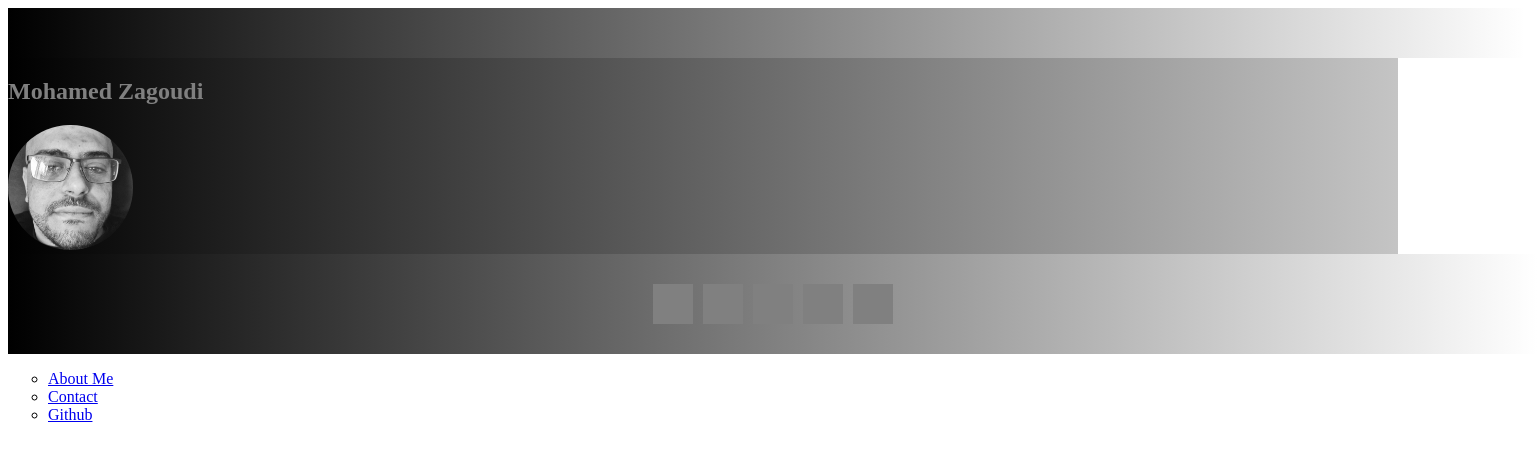
Repository: Mohzagou/Eersteportofolio
Page: index.html
An editor plug-in stored every save of this project. The page is shown before and after the next save, followed by the edit.
The browser window is 1280 px wide. The page is 1537 px wide, so the pictures cover 1537 px, including what lies to the right of the window. The pictures show the whole page.

Above is the page before, as saved 2022-06-07 22:49:36.

### index.html
<!DOCTYPE html>


<head>
    <link rel="stylesheet" href="styles.css" />
    <meta charset="UTF-8">

    <title>Document</title>
</head>

<body>

    <header></header>
    <div class="about-me">
        <h2 id="name">Mohamed Zagoudi</h2>
        <img class="avatar" src="images/67gwzvy.jpeg" alt="Mohamed Zagoudi headshot">


        <section>
            <div class="test"></div>
            <div class="test"></div>
            <div class="test"></div>
            <div class="test"></div>
            <div class="test"></div>
        </section>
        <footer>
            <ul style="list-style-type: circle ">
                <li><a href=" ">About Me</a></li>
                <li><a href=" ">Contact</a></li>
                <li><a href="https://github.com/Mohzagou ">Github</a></li>

            </ul>

        </footer>



</body>



</html>

### styles.css
body {
    display: flex;
    flex-direction: column;
}

header {
    width: 120%;
    height: 50px;
    background-image: linear-gradient(to right, black, grey, white);
    /*background-color: rgb(113, 74, 145);*/
}

section {
    width: 110%;
    height: 100px;
    background-image: linear-gradient(to right, black, grey, white);
    background-color: #234def;
    display: flex;
    align-items: center;
    justify-content: center;
}

.about-me {
    width: 110%;
    height: 200px;
    background-image: repeating-linear-gradient(to right, black, grey, white 130%);
    /*background-color: rgb(177, 69, 21, 0.8);*/
    /*margin: 10px 0 10px 0;
    border: solid black 10px;
    border-radius: 15px;*/
}

.avatar {
    width: 125px;
    border-radius: 62px;
    background-image: repeating-linear-gradient(to right, black, grey, 110%);
}

#name {
    color: grey;
}

.test {
    width: 40px;
    height: 40px;
    background-color: grey;
    margin: 5px;
}

After the next save:
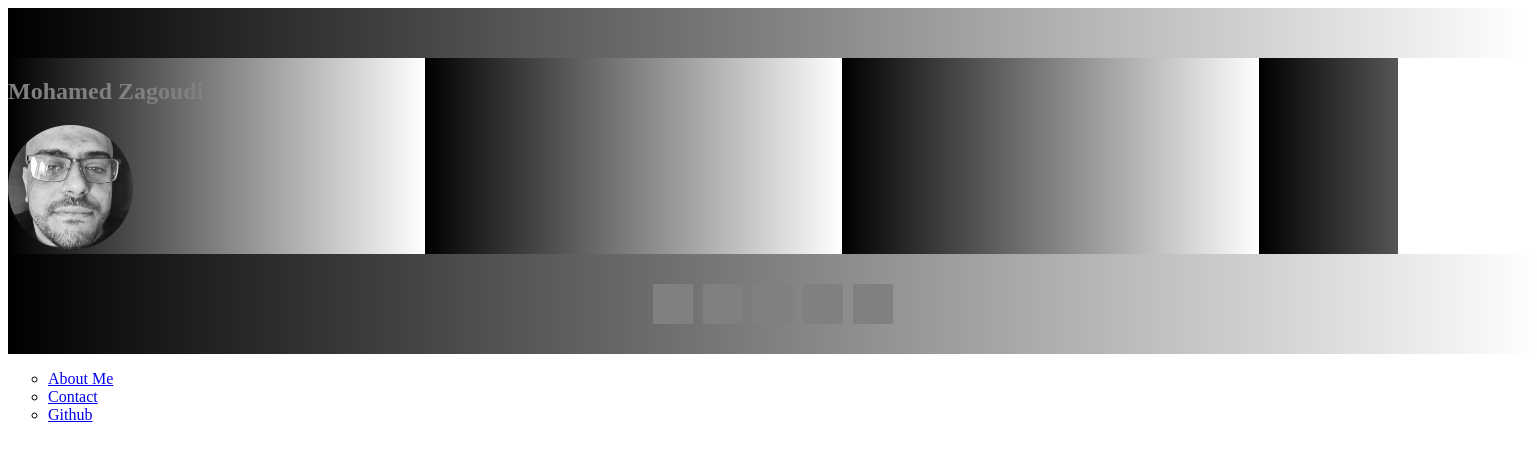
Saved 10 s later.
--- a/styles.css
+++ b/styles.css
@@ -23,7 +23,7 @@ section {
 .about-me {
     width: 110%;
     height: 200px;
-    background-image: repeating-linear-gradient(to right, black, grey, white 130%);
+    background-image: repeating-linear-gradient(to right, black, grey, white 30%);
     /*background-color: rgb(177, 69, 21, 0.8);*/
     /*margin: 10px 0 10px 0;
     border: solid black 10px;
